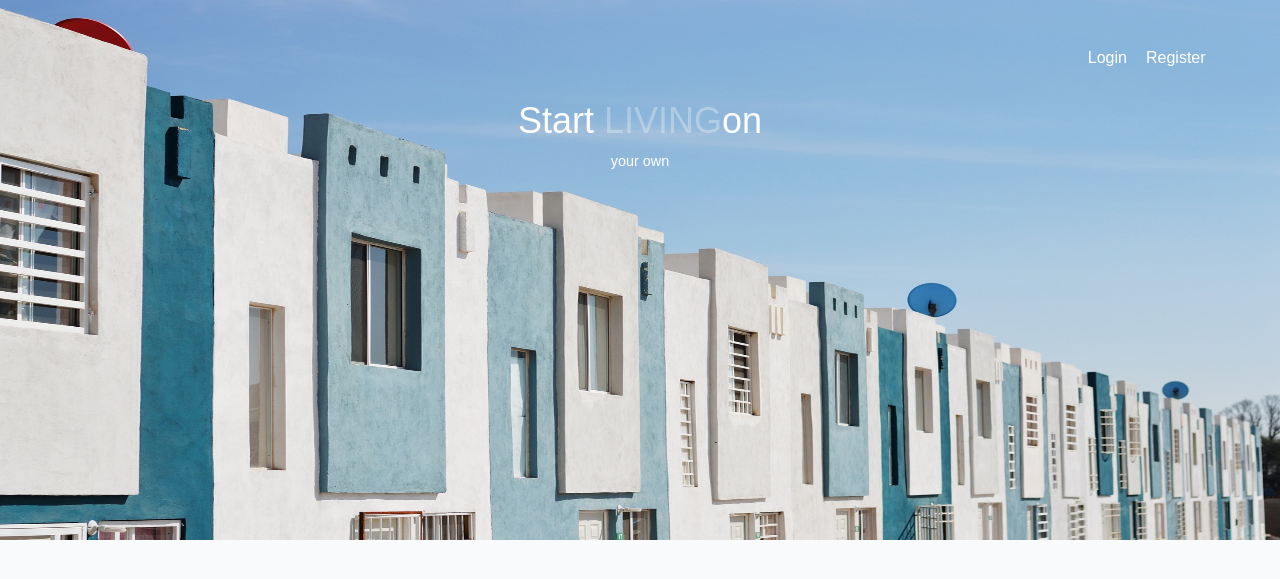
Repository: PatryxB/buildHouse
Page: http://localhost/
These files come from the project's save history. The page is drawn as it stood at one moment and after the next save; the edit follows.
The browser window is 1280 px wide. The pictures show the whole page.
Some web fonts or font styles are not loaded; a fallback is used. The page is served by the project's Laravel application, run on PHP 8.4 with Laravel 8. Style sheets and scripts are compiled from the project's sources, by tool versions that may differ from the author's.

Above is the page before, as saved 2020-04-30 20:21:58.

After the next save:
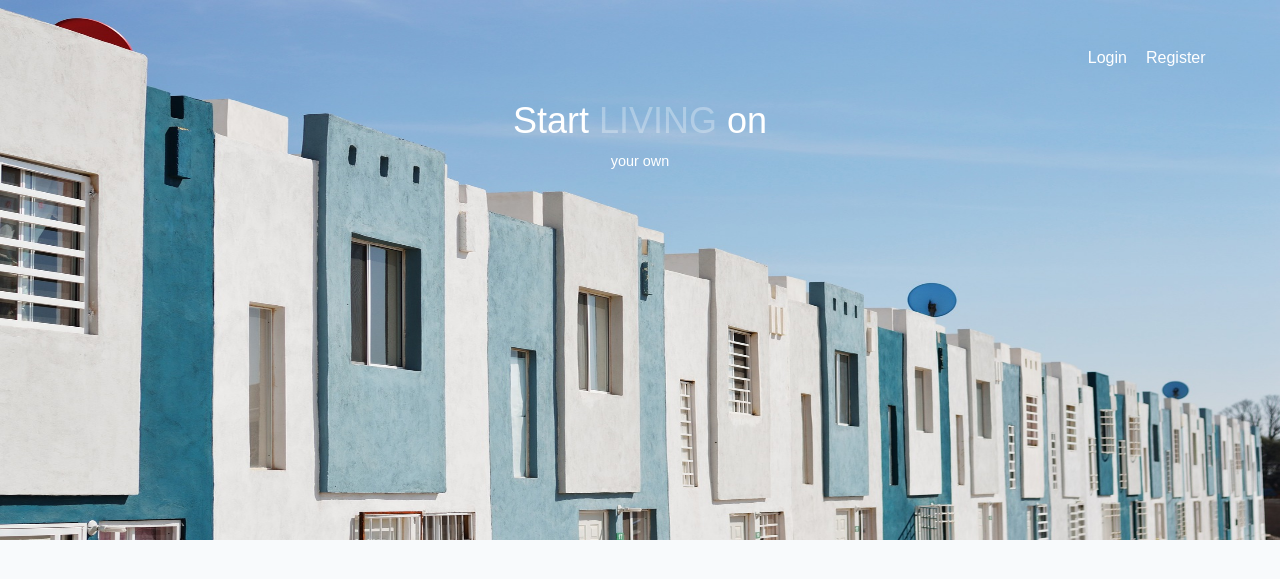
Saved 13 s later.
--- a/resources/views/welcome.blade.php
+++ b/resources/views/welcome.blade.php
@@ -17,7 +17,7 @@
             <div class="banner">
                 <img src="{{asset('/img/housebanner.jpg')}}" alt="">
                 <div class="text-banner">
-                    <h1>Start <span style="opacity: .3;">LIVING</span>on</h1>
+                    <h1>Start <span style="opacity: .3;">LIVING</span> on</h1>
                     <p>your own</p>
                 </div>
             </div>

After the save that followed:
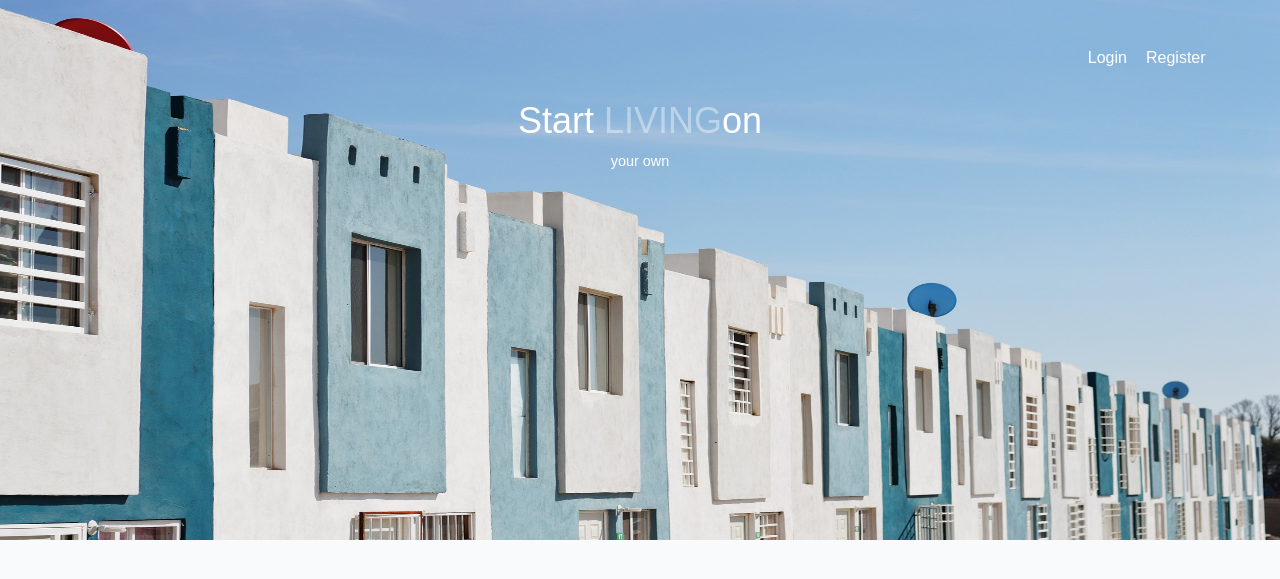
Saved 10 s later.
--- a/resources/views/welcome.blade.php
+++ b/resources/views/welcome.blade.php
@@ -17,7 +17,7 @@
             <div class="banner">
                 <img src="{{asset('/img/housebanner.jpg')}}" alt="">
                 <div class="text-banner">
-                    <h1>Start <span style="opacity: .3;">LIVING</span> on</h1>
+                    <h1>Start <span style="opacity: .4;">LIVING</span>on</h1>
                     <p>your own</p>
                 </div>
             </div>
